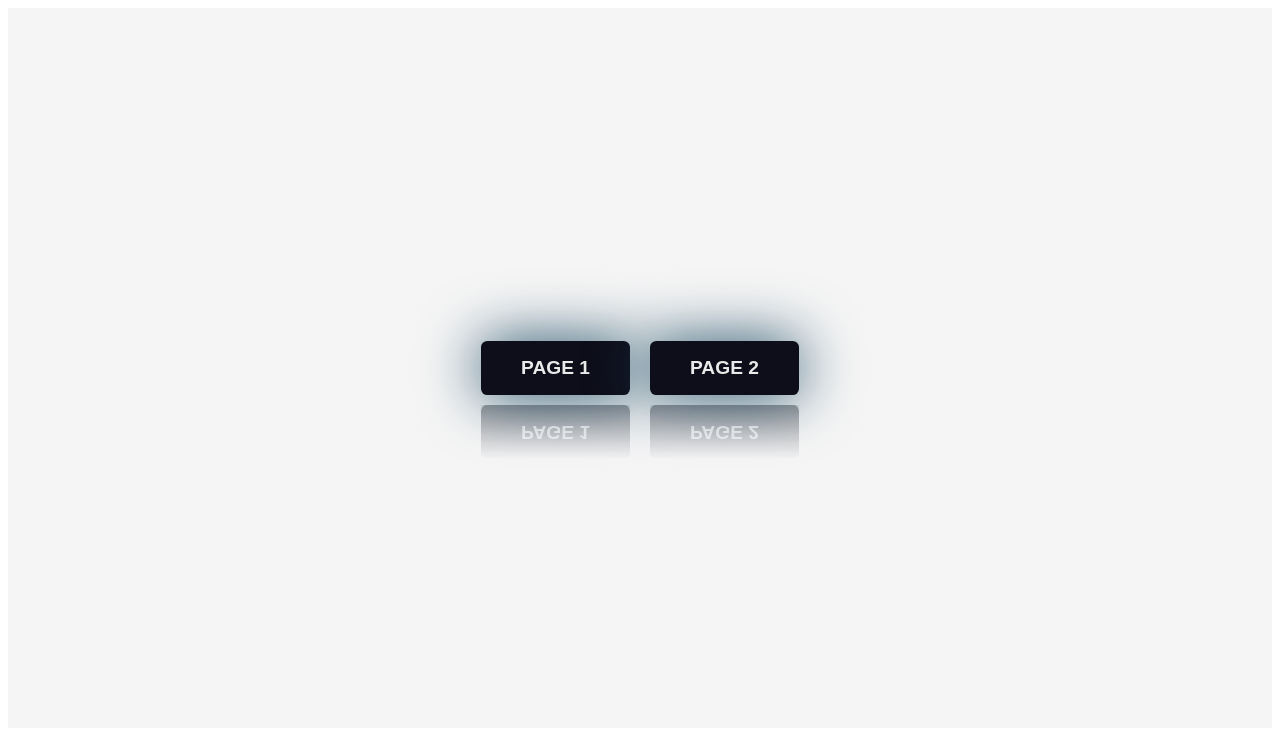
Repository: sharmisthak16/Student-Assignment
Page: / (app in my-project/)
These files come from the project's save history. The page is drawn as it stood at one moment and after a run of saves; the edit follows.
The browser window is 1280 px wide. The pictures show the whole page.
The project was rebuilt for these pictures with package versions that can differ from the ones it lists, and the page was loaded fresh each time. Also part of the build but not shown: my-project/vite.config.js, my-project/src/components/firebase.js, my-project/src/components/LoginForm.css, my-project/src/components/LoginForm.jsx, my-project/src/components/Dashboard.jsx.

Above is the page before, as saved 2025-01-30 19:35:20.

### my-project/index.html
<!doctype html>
<html lang="en">
  <head>
    <meta charset="UTF-8" />

    <meta name="viewport" content="width=device-width, initial-scale=1.0" />
    <title>Assignment</title>
  </head>
  <body>
    <div id="root"></div>
    <script type="module" src="/src/main.jsx"></script>
  </body>
</html>

### my-project/src/App.jsx
import React from 'react';
import { BrowserRouter as Router, Route, Routes } from 'react-router-dom'; // Use Routes instead of Switch
import LoginForm from './components/LoginForm';
import Dashboard from './components/Dashboard'; // Create this component for the dashboard page
import Home from './Pages/Home';

function App() {
  return (
    <Router>
      <Routes>
      <Route path='/' element={<Home/>} />
        <Route path="/" element={<LoginForm />} /> {/* Use element instead of component */}
        <Route path="/dashboard" element={<Dashboard />} /> {/* Use element instead of component */}

      </Routes>
    </Router>
  );
}

export default App;

### my-project/src/Pages/Home.jsx
import React from 'react'
import HomeButtons from '../components/HomeButtons'



function Home() {
  return (
    <div>
      <HomeButtons/>

    </div>
  )
}

export default Home

### my-project/src/components/HomeButtons.jsx
import React from 'react';
import { useNavigate } from 'react-router-dom';
import './HomeButtons.css';

const HomeButtons = () => {
  const navigate = useNavigate();

  return (
    <div className="btn-container">
      <button className="btn" onClick={() => navigate('/')}>Page 1</button>
      <button className="btn">Page 2</button>
    </div>
  );
};

export default HomeButtons;

### my-project/src/components/HomeButtons.css
.btn-container {
  display: flex;
  justify-content: center;
  align-items: center;
  height: 100vh; /* Full viewport height */
  gap: 20px; /* Space between buttons */
  background-color: whitesmoke;
}

.btn {
  font-size: 1.2rem;
  padding: 1rem 2.5rem;
  border: none;
  outline: none;
  border-radius: 0.4rem;
  cursor: pointer;
  text-transform: uppercase;
  background-color: rgb(14, 14, 26);
  color: rgb(234, 234, 234);
  font-weight: 700;
  transition: 0.6s;
  box-shadow: 0px 0px 60px #1f4c65;
  -webkit-box-reflect: below 10px linear-gradient(to bottom, rgba(0,0,0,0.0), rgba(0,0,0,0.4));
}

.btn:active {
  scale: 0.92;
}

.btn:hover {
  background: linear-gradient(270deg, rgba(2, 29, 78, 0.681) 0%, rgba(31, 215, 232, 0.873) 60%);
  color: rgb(4, 4, 38);
}

Loaded but not shown: my-project/src/main.jsx (common file); my-project/src/index.css (common file)

After the next 2 saves:
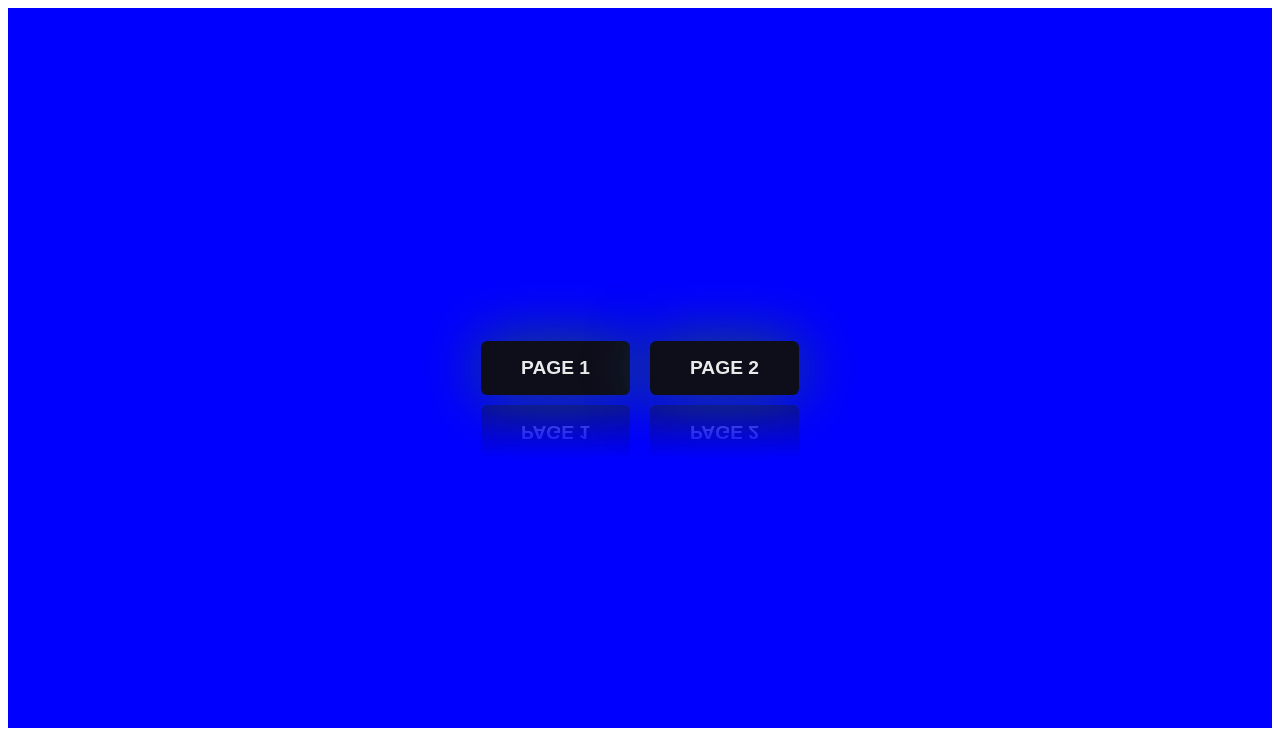
The 2 saves are shown as one change because they came seconds apart.
The last was saved 16 s later.
--- a/my-project/src/components/HomeButtons.css
+++ b/my-project/src/components/HomeButtons.css
@@ -4,7 +4,7 @@
   align-items: center;
   height: 100vh; /* Full viewport height */
   gap: 20px; /* Space between buttons */
-  background-color: whitesmoke;
+  background-color: blue;
 }
 
 .btn {
